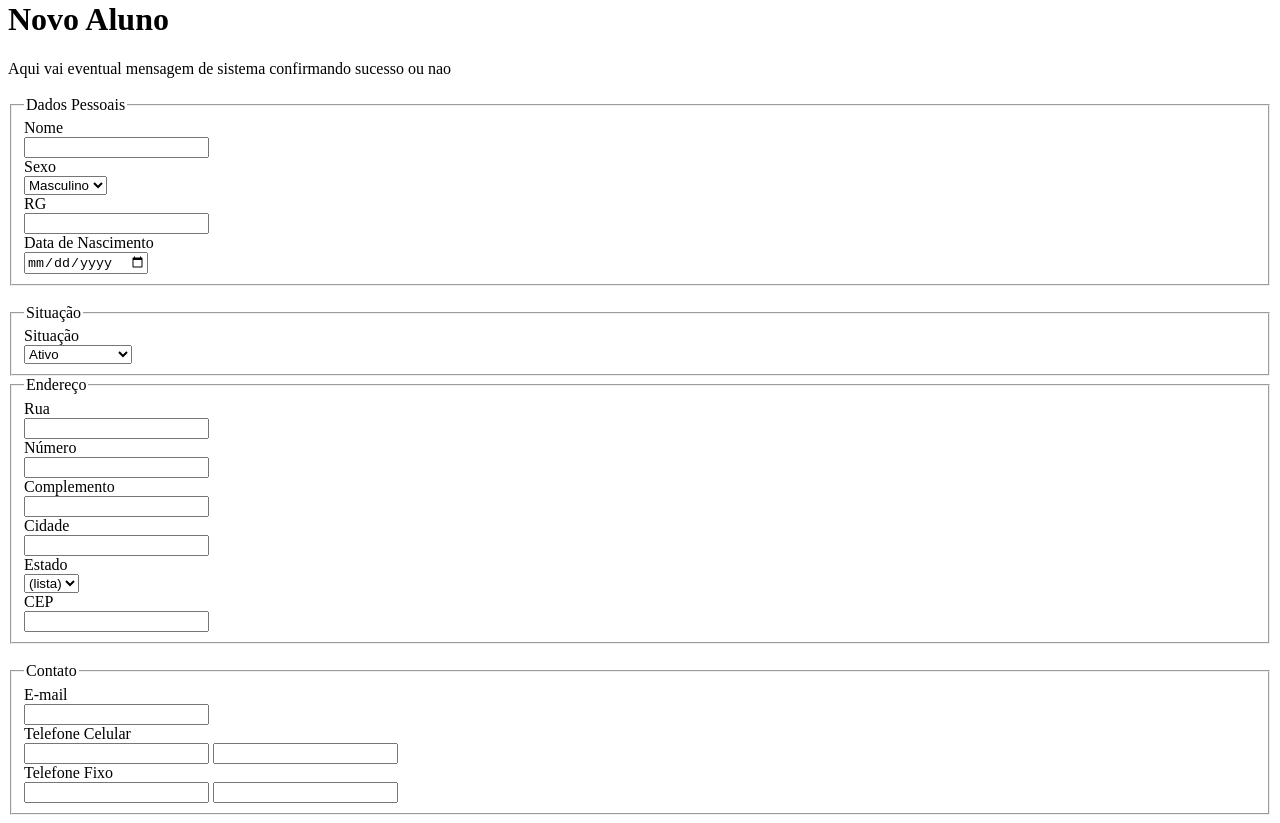
Repository: fabiodaemon/Loucademia
Page: Loucademia/WebContent/WEB-INF/novoAluno.html
The author's editor kept a copy of each file at every save. The page is drawn from the files as they stood at one save, then again after the next save.
The browser window is 1280 px wide. The pictures show the part of the page from y = 422 to 1266 px (the page is 1245 px tall before and 1266 px after).
A picture or video elsewhere on the page could not be fetched, so the positions and the page height are approximate.

Above is the page before, as saved 2019-01-27 22:30:10.

### Loucademia/WebContent/WEB-INF/novoAluno.html
<!-- Cabeçalho - Início -->
<!DOCTYPE html>
	<head>
		<meta charset="utf-8">
		<title>Loucademia</title>
	</head>
	<body>
		<header>
			<img src="images/logo-saimoveis.jpg">
			<nav>
				<div>
					<a href="novoAluno.html">Novo Aluno</a><br>
					<a href="pesquisaDeAluno.html">Pesquisa de Aluno</a><br>
					<a href="controleDeAcesso.html">Controle de Acesso</a><br>
					<a href="relatoriosDeEntradaSaída.html">Relatórios de Entradas e Saídas</a><br>
					<a href="relatoriosDeSituacoes.html">Relatórios de Situações</a><br>
				</div>
			</nav>
		</header>
<!-- Cabeçalho - Fim -->

	<h1>Novo Aluno</h1>

	<div id="infoMessage"> Aqui vai eventual mensagem de sistema confirmando sucesso ou nao</div>

	<br>

	<form>

		<fieldset>
		<legend>Dados Pessoais</legend>

			<label for="nome">Nome</label> <br>
			<input type="text" name="nome" id="nome"><br>

			<label for="sexo">Sexo</label><br>
			<select name="sexo" id="sexo">
				<option>Masculino</option>
				<option>Feminino</option>
			</select><br>

			<label for="rg">RG</label> <br>
			<input type="text" name="rg" id="rg"><br>

			<label for="datadenascimento">Data de Nascimento</label> <br>
			<input type="date" name="datadenascimento" id="datadenascimento">

		</fieldset>

		<br>

		<fieldset>
			<legend>Situação</legend>

			<label for="situacao">Situação</label><br>
			<select name="situacao" id="situacao">
				<option>Ativo</option>
				<option>Inativo</option>
				<option>Em pendência</option>
			</select>
		</fieldset>

		<fieldset>
			<legend>Endereço</legend>

			<label for="rua">Rua</label><br>
			<input type="text" name="rua" id="rua"><br>

			<label for="rua">Número</label><br>
			<input type="text" name="numero" id="numero"><br>

			<label for="complemento">Complemento</label><br>
			<input type="text" name="complemento" id="complemento"><br>

			<label for="cidade">Cidade</label><br>
			<input type="text" name="cidade" id="cidade"><br>

			<label for="estado">Estado</label><br>
				<select name="estado" id="estado>">
					<option>(lista)</option>
				</select><br>

			<label for="cep">CEP</label><br>
			<input type="text" name="cep" id="cep"><br>

		</fieldset><br>


		<fieldset>
			<legend>Contato</legend>

			<label for="email">E-mail</label><br>
			<input type="email" name="email" id="email"><br>

			<label for="telefoneCelularDDD">Telefone Celular</label><br>
			<input type="tel" name="telefoneCelularDDD" id="telefoneCelularDDD">
			<input type="tel" name="telefoneCelularNumero" id="telefoneCelularNumero"><br>

			<label for="telefoneFixoDDD">Telefone Fixo</label><br>
			<input type="tel" name="telefoneFixoDDD" id="telefoneFixoDDD">
			<input type="tel" name="telefoneFixoNumero" id="telefoneFixoNumero">

		</fieldset>

	</form>

<!-- Rodapé - Início -->
</body>
</html>
<!-- Rodapé - Fim -->

After the next save:
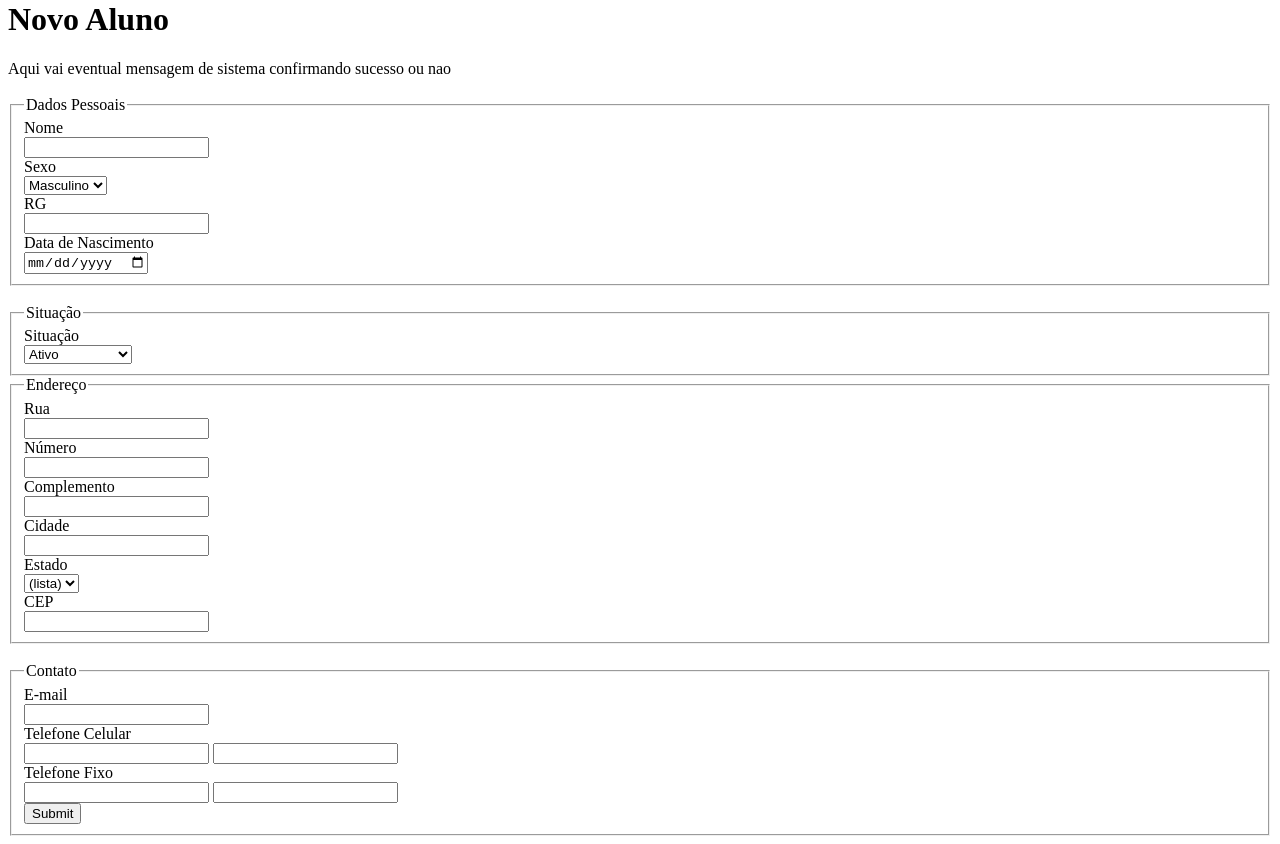
Saved 76 s later.
--- a/Loucademia/WebContent/WEB-INF/novoAluno.html
+++ b/Loucademia/WebContent/WEB-INF/novoAluno.html
@@ -100,6 +100,10 @@
 			<input type="tel" name="telefoneFixoDDD" id="telefoneFixoDDD">
 			<input type="tel" name="telefoneFixoNumero" id="telefoneFixoNumero">
 
+			<br>
+
+			<input type="submit" value"Gravar">
+
 		</fieldset>
 
 	</form>
